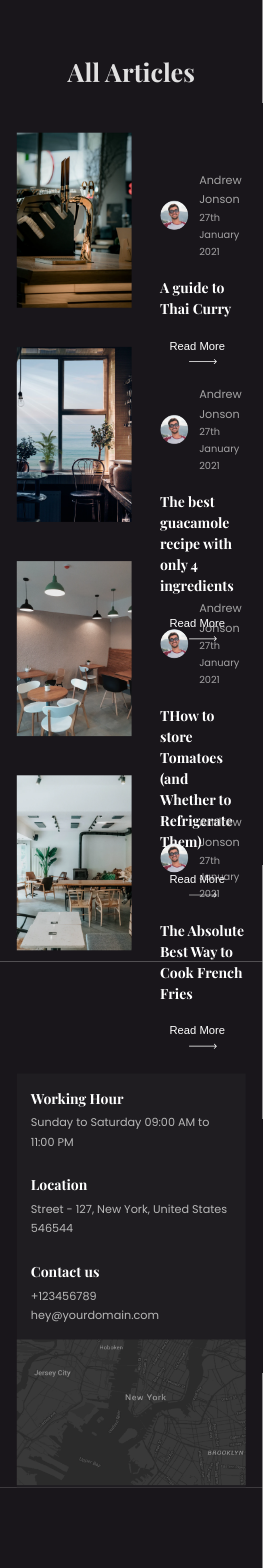
Repository: Minns-Cao/project-finsweet
Page: blog.html
An editor plug-in stored every save of this project. The page is shown before and after the next save, followed by the edit.
The browser window is 375 px wide. The pictures show the part of the page from y = 2032 to 4272 px (the page is 4871 px tall before and 5871 px after), at 70% of full size.
Some web fonts or font styles are not loaded; a fallback is used.

Above is the page before, as saved 2023-05-05 10:43:09.

After the next save:
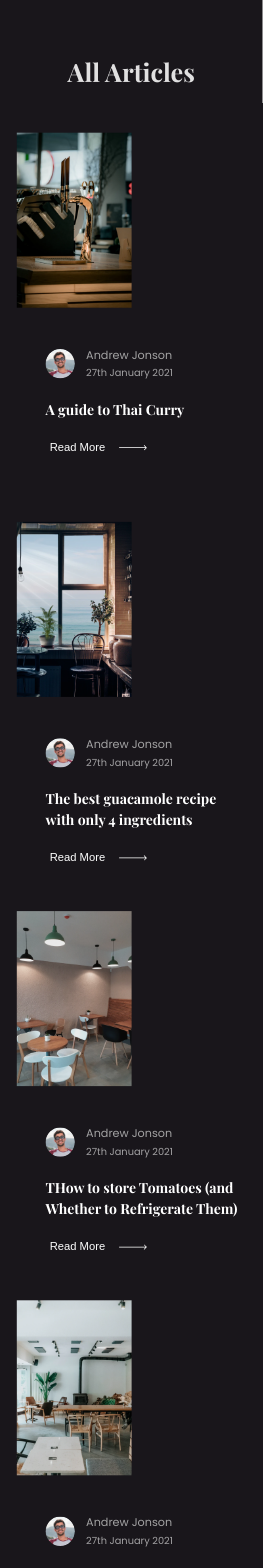
Saved 4 s later.
--- a/assets/css/style_blog.css
+++ b/assets/css/style_blog.css
@@ -310,6 +310,6 @@
 
     .articles .item {
         display: flex;
-        f
-    }
-}
+        flex-direction: column;
+    }
+}
